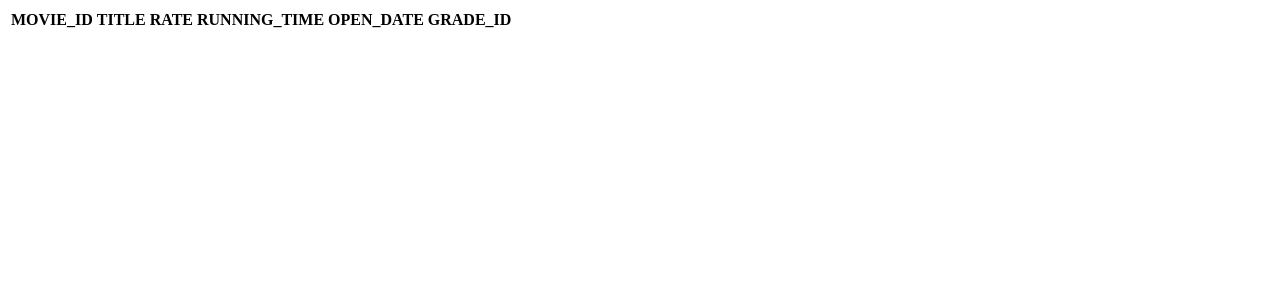
Repository: BaekJiGyeong/JSP_web
Page: http://localhost/Movie/movie
An editor plug-in stored every save of this project. The page is shown before and after the next save, followed by the edit.
The browser window is 1280 px wide. The pictures show the whole page.
The page is served by Tomcat 9. Other server files are loaded and not shown. Queries for data that is not in the repository find no rows.

Above is the page before, as saved 2016-02-25 02:08:46.

### Movie/WebContent/WEB-INF/view/movie.jsp
<%@ page language="java" contentType="text/html; charset=UTF-8"
    pageEncoding="UTF-8"%>
<%@ taglib prefix="c" uri="http://java.sun.com/jsp/jstl/core" %>
<!DOCTYPE html>
<html>
<head>
<meta http-equiv="Content-Type" content="text/html; charset=UTF-8">
<title>Insert title here</title>
</head>
<body>
<table>
	<tr>
		<th>MOVIE_ID</th>
		<th>TITLE</th>
		<th>RATE</th>
		<th>RUNNING_TIME</th>
		<th>OPEN_DATE</th>
		<th>GRADE_ID</th>
	</tr>

<c:forEach items="${ allMovie }" var="movie">
	<tr>
		<td>${ movie.movieId }</td>
		<td>${ movie.title }</td>
		<td>${ movie.rate }</td>
		<td>${ movie.runningTime }</td>
		<td>${ movie.openDate }</td>
		<td>${ movie.gradeId }</td>
</tr>
</c:forEach>
</table>

</body>
</html>

### Movie/src/com/ktds/jgbaek/web/MovieServlet.java
package com.ktds.jgbaek.web;

import java.io.IOException;
import java.util.List;

import javax.servlet.RequestDispatcher;
import javax.servlet.ServletException;
import javax.servlet.http.HttpServlet;
import javax.servlet.http.HttpServletRequest;
import javax.servlet.http.HttpServletResponse;

import com.ktds.jgbaek.dao.MovieDAO;
import com.ktds.jgbaek.vo.MovieVO;

/**
 * Servlet implementation class MovieServlet
 */
public class MovieServlet extends HttpServlet {
	private static final long serialVersionUID = 1L;
	private MovieDAO movieDAO;

    /**
     * @see HttpServlet#HttpServlet()
     */
    public MovieServlet() {
        super();
        movieDAO = new MovieDAO();
        // TODO Auto-generated constructor stub
    }

	/**
	 * @see HttpServlet#doGet(HttpServletRequest request, HttpServletResponse response)
	 */
	protected void doGet(HttpServletRequest request, HttpServletResponse response) throws ServletException, IOException {
		doPost(request, response);
	}

	/**
	 * @see HttpServlet#doPost(HttpServletRequest request, HttpServletResponse response)
	 */
	protected void doPost(HttpServletRequest request, HttpServletResponse response) throws ServletException, IOException {
		List<MovieVO> movies = movieDAO.getAllMoive();
		request.setAttribute("allMovie", movies);
		RequestDispatcher rd = request.getRequestDispatcher("/WEB-INF/view/movie.jsp");
		rd.forward(request, response);
	}

}

After the next save:
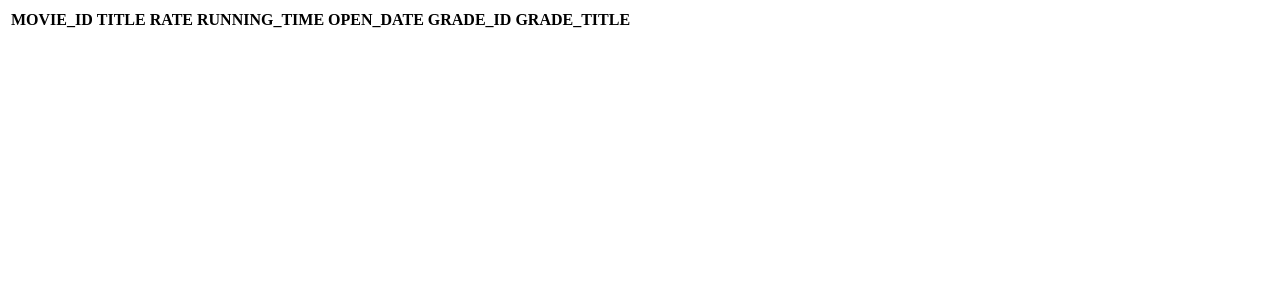
Saved 15 min 39 s later.
--- a/Movie/WebContent/WEB-INF/view/movie.jsp
+++ b/Movie/WebContent/WEB-INF/view/movie.jsp
@@ -16,6 +16,7 @@
 		<th>RUNNING_TIME</th>
 		<th>OPEN_DATE</th>
 		<th>GRADE_ID</th>
+		<th>GRADE_TITLE</th>
 	</tr>
 
 <c:forEach items="${ allMovie }" var="movie">
@@ -26,6 +27,7 @@
 		<td>${ movie.runningTime }</td>
 		<td>${ movie.openDate }</td>
 		<td>${ movie.gradeId }</td>
+		<td>${ movie.gradeTitle }</td>
 </tr>
 </c:forEach>
 </table>
